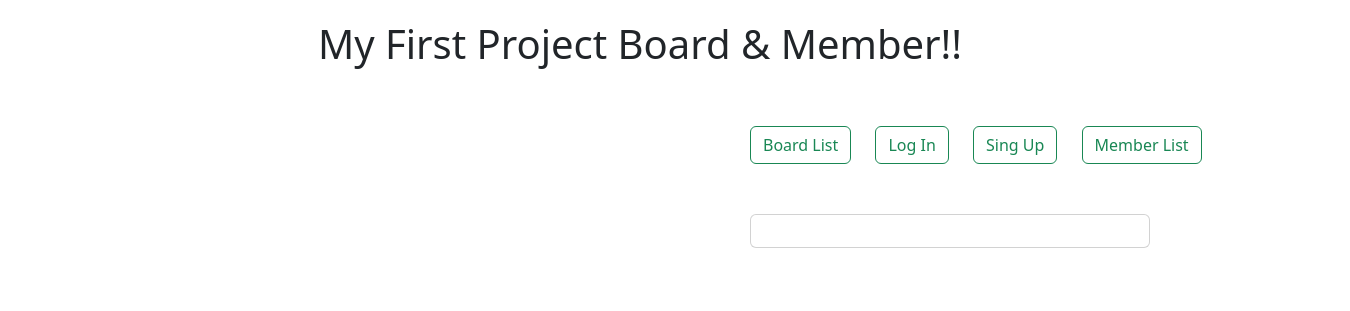
Repository: Raneechoi/java2022_09_03
Page: http://localhost/Project/mem/login_auth
The author's editor kept a copy of each file at every save. The page is drawn from the files as they stood at one save, then again after a run of saves.
The browser window is 1280 px wide. The page is 1350 px wide, so the pictures cover 1350 px, including what lies to the right of the window. The pictures show the whole page.
The page is served by Tomcat 9. Other server files are loaded and not shown. Queries for data that is not in the repository find no rows.

Above is the page before, as saved 2022-12-08 06:12:38.

### JSP_Board&Member/Project/src/main/webapp/index.jsp
<%@ page language="java" contentType="text/html; charset=UTF-8"
    pageEncoding="UTF-8"%>
<%@ taglib uri="http://java.sun.com/jsp/jstl/core" prefix="c" %>
<!DOCTYPE html>
<html>
<head>
<meta charset="UTF-8">
<title>Insert title here</title>
<!-- CSS only -->
<link href="https://cdn.jsdelivr.net/npm/bootstrap@5.2.2/dist/css/bootstrap.min.css" rel="stylesheet" integrity="sha384-Zenh87qX5JnK2Jl0vWa8Ck2rdkQ2Bzep5IDxbcnCeuOxjzrPF/et3URy9Bv1WTRi" crossorigin="anonymous">
<!-- JavaScript Bundle with Popper -->
<script src="https://cdn.jsdelivr.net/npm/bootstrap@5.2.2/dist/js/bootstrap.bundle.min.js" integrity="sha384-OERcA2EqjJCMA+/3y+gxIOqMEjwtxJY7qPCqsdltbNJuaOe923+mo//f6V8Qbsw3" crossorigin="anonymous"></script>
</head>
<body>
<div style="margin-top: 20px">
	<h1 style="text-align: center;">My First Project Board & Member!!</h1>
</div>

<div style="width: 600px; display:inline-block; margin-left: 750px; margin-top: 50px;">
		<a href="/bor/pageList" style="margin-right: 20px"><button class="btn btn-outline-success">Board List</button></a>
		<a href="/mem/login" style="margin-right: 20px"><button class="btn btn-outline-success">Log In</button></a>
		<a href="/mem/join" style="margin-right: 20px"><button class="btn btn-outline-success">Sing Up</button></a>
		<a href="/mem/list" ><button class="btn btn-outline-success">Member List</button></a>
</div>

<div class="card" style="width: 400px; display:inline-flex; margin-left: 750px; margin-top: 50px; ">
	 <div class="card-body" style="text-align: center;">
		<c:if test="${ses.email ne null && ses.email ne '' }">
			${ses.email } login 하였습니다. <br>
			계정생성일 : ${ses.reg_at } <br>
			마지막 접속 : ${ses.last_login } <br>
			<a href="/mem/modify?email=${ses.email }"><button type="button" class="btn btn-success" style="margin-top: 20px">회원정보 수정</button></a>
			<a href="/mem/logout?email=${ses.email }"><button type="button" class="btn btn-secondary" style="margin-top: 20px">로그아웃</button></a><br>
		</c:if>

		<c:if test="${ses.email ne null && ses.email ne '' }">
			<a href="/bor/register" ><button class="btn btn-success" style="margin-top: 20px">Board Register</button></a>
			<a href="/bor/list"><button class="btn btn-success" style="margin-top: 20px">My Board List</button></a><br>
		</c:if>
	</div>
</div>

<div style="margin-left: 900px; margin-top: 50px; ">
	<c:if test="${ses.email ne null && ses.email ne '' }">
		<a href="/mem/remove?email=${ses.email }"><button class="btn btn-outline-secondary">회원탈퇴</button></a>
	</c:if>
</div>
</body>
</html>

### JSP_Board&Member/Project/src/main/java/controller/MemberController.java
package controller;

import java.io.IOException;
import java.util.List;

import javax.servlet.RequestDispatcher;
import javax.servlet.ServletException;
import javax.servlet.annotation.WebServlet;
import javax.servlet.http.HttpServlet;
import javax.servlet.http.HttpServletRequest;
import javax.servlet.http.HttpServletResponse;
import javax.servlet.http.HttpSession;

import org.slf4j.Logger;
import org.slf4j.LoggerFactory;

import domain.MemberVO;
import service.MemberService;
import service.MemberServiceImpl;


@WebServlet("/mem/*")
public class MemberController extends HttpServlet {
	private static final long serialVersionUID = 1L;
	private static final Logger log = LoggerFactory.getLogger(MemberController.class);
    private RequestDispatcher rdp;
    private String destPage; //목적지 주소 기록 변수
    private int isOK;

    private MemberService msv; // interface로 생성 - service패키지에

    public MemberController() {
    	msv = new MemberServiceImpl();
    }

	protected void service(HttpServletRequest req, HttpServletResponse res) throws ServletException, IOException {
		req.setCharacterEncoding("utf-8");
		res.setCharacterEncoding("utf-8");
		res.setContentType("text/html; charset=utf-8");

		String uri = req.getRequestURI();
		String path = uri.substring(uri.lastIndexOf("/")+1);

		log.info(">>> URI > "+uri);
		log.info(">>> Path > "+path);
		switch (path) {
		case "login":
			destPage = "/member/login.jsp";
			break;

		case "login_auth":
			try {
				MemberVO mvo = msv.login(
						new MemberVO(
								req.getParameter("email"),
								req.getParameter("pwd")
								));
				log.info("login 객체 input");
				if(mvo != null) {
					//세션 가져오기. 연결된 세션이 없다면 새로 생성
					HttpSession ses = req.getSession();
					//ses로 mvo를 바인딩
					ses.setAttribute("ses", mvo);
					ses.setMaxInactiveInterval(10*60);  // 로그인 유지시간(10분)
				}else {
					req.setAttribute("msg_login", 0);
				}
				destPage="/";

			} catch (Exception e) {
				// TODO: handle exception
				e.printStackTrace();
			}
			break;

		case "join":
			try {
				destPage = "/member/join.jsp";
			} catch (Exception e) {
				e.printStackTrace();
			}
			break;

		case "register":
			isOK = msv.register(new MemberVO(
					req.getParameter("email"),
					req.getParameter("pwd"),
					req.getParameter("nick_name")
					));
			log.info(">>> join > "+(isOK > 0 ?"ok" :"fail"));
			destPage="login";
			break;

		case "logout":
			// 연결된 세션이 있다면 해당 세션을 가져오기
			try {
				HttpSession ses = req.getSession();
				ses.invalidate();  // 세션 끊기
				// 로그인된 email을 주고 로그인 시간 update
				isOK = msv.lastLogin(req.getParameter("email"));
				log.info(">>> lastLogin > "+(isOK > 0 ?"ok" :"fail"));
				destPage="/index.jsp";
			} catch (Exception e) {
				e.printStackTrace();
			}
			break;

		case "list":
			try {
				List<MemberVO> list = msv.getlist();
				req.setAttribute("list", list);
				destPage="/member/list.jsp";
			} catch (Exception e) {
				e.printStackTrace();
			}
			break;

		case "modify":
			try {
				log.info("modify check 1");
				MemberVO mvo = msv.selectOne(req.getParameter("email"));
				req.setAttribute("mvo", mvo);

				log.info("modify check 2");
				destPage = "/member/update.jsp";
			} catch (Exception e) {
				e.printStackTrace();
			}
			break;

		case "update":
			try {
				MemberVO mvo = new MemberVO(req.getParameter("email"), req.getParameter("pwd"), req.getParameter("nick_name"));
				int isOk = msv.update(mvo);
				destPage = "/";
			} catch (Exception e) {
				e.printStackTrace();
			}
			break;

		case "remove":
			try {
				HttpSession ses = req.getSession();
				ses.invalidate();  // 세션 끊기
				// 로그인된 email을 주고 로그인 시간 update
				isOK = msv.remove(req.getParameter("email"));
				log.info(">>> remove > "+(isOK > 0 ?"ok" :"fail"));
				destPage="/";

			} catch (Exception e) {
				e.printStackTrace();
			}
			break;

		default:
			break;
		}
		// 목적지 주소 값 세팅
		rdp = req.getRequestDispatcher(destPage);
		// 정보 싣고 보내기
		rdp.forward(req, res);
	}

	protected void doGet(HttpServletRequest req, HttpServletResponse res) throws ServletException, IOException {
		service(req, res);
	}

	protected void doPost(HttpServletRequest req, HttpServletResponse res) throws ServletException, IOException {
		service(req, res);
	}
}

### JSP_Board&Member/Project/src/main/java/service/MemberServiceImpl.java
package service;

import java.util.List;

import org.slf4j.Logger;
import org.slf4j.LoggerFactory;

import controller.MemberController;
import domain.MemberVO;
import repository.MemberDAO;
import repository.MemberDAOImpl;

public class MemberServiceImpl implements MemberService {

	private MemberDAO mdao;
	private static final Logger log = LoggerFactory.getLogger(MemberController.class);

	public MemberServiceImpl() {
		mdao = new MemberDAOImpl();
	}

	@Override
	public MemberVO login(MemberVO mvo) {
		log.info("login check 2");
		return mdao.selectOne(mvo);
	}

	@Override
	public int register(MemberVO mvo) {
		log.info("register check 2");
		return mdao.insert(mvo);
	}

	@Override
	public int lastLogin(String email) {
		log.info("lastLogin check 2");
		return mdao.update(email);
	}

	@Override
	public List<MemberVO> getlist() {
		log.info("list check 2");
		return mdao.listall();
	}

	@Override
	public int modify(MemberVO mvo) {
		log.info("modify check 2");
		return mdao.update(mvo);
	}

	@Override
	public MemberVO selectOne(String email) {
		// TODO Auto-generated method stub
		return mdao.selectOne(email);
	}

	@Override
	public int update(MemberVO mvo) {
		// TODO Auto-generated method stub
		return mdao.update(mvo);
	}

	@Override
	public int remove(String email) {
		// TODO Auto-generated method stub
		return mdao.remove(email);
	}
}

### JSP_Board&Member/Project/src/main/java/repository/MemberDAO.java
package repository;

import java.util.List;

import domain.MemberVO;

public interface MemberDAO {

	MemberVO selectOne(MemberVO mvo);

	int insert(MemberVO mvo);

	int update(String email);

	List<MemberVO> listall();

	int update(MemberVO mvo);

	MemberVO selectOne(String email);

	int remove(String email);

}

### JSP_Board&Member/Project/src/main/java/repository/MemberDAOImpl.java
package repository;

import java.util.List;

import org.apache.ibatis.session.SqlSession;
import org.slf4j.Logger;
import org.slf4j.LoggerFactory;

import domain.MemberVO;
import orm.DatabaseBuilder;

public class MemberDAOImpl implements MemberDAO {

	private static final Logger log = LoggerFactory.getLogger(MemberDAOImpl.class);
	private SqlSession sql;
	private final String NS = "MemberMapper.";

	public MemberDAOImpl() {
		new DatabaseBuilder();
		sql = DatabaseBuilder.getFactory().openSession();
	}

	@Override
	public MemberVO selectOne(MemberVO mvo) {
		log.info("login check 3");
		return sql.selectOne(NS+"login",mvo);
	}

	@Override
	public int insert(MemberVO mvo) {
		log.info("join check 3");
		int isOK = sql.insert(NS+"reg",mvo);
		if(isOK > 0) {
			sql.commit();
		}
		return isOK;
	}

	@Override
	public int update(String email) {
		log.info("lastLogin check 3");
		int isOK = sql.update(NS+"last", email);
		if(isOK > 0) sql.commit();
		return isOK;
	}

	@Override
	public List<MemberVO> listall() {
		log.info("list check 3");
		return sql.selectList(NS+"list");
	}

	@Override
	public int update(MemberVO mvo) {
		log.info("modify check 3");
		int isOK = sql.update(NS+"modify",mvo);
		if(isOK > 0) sql.commit();
		return isOK;
	}

	@Override
	public MemberVO selectOne(String email) {
		// TODO Auto-generated method stub
		return sql.selectOne(NS+"getOne", email);
	}

	@Override
	public int remove(String email) {
		// TODO Auto-generated method stub
		int isOK = sql.delete(NS+"remove",email);
		if(isOK > 0) sql.commit();
		return isOK;
	}

}

### JSP_Board&Member/Project/src/main/java/orm/DatabaseBuilder.java
package orm;

import org.apache.ibatis.io.Resources;
import org.apache.ibatis.session.SqlSessionFactory;
import org.apache.ibatis.session.SqlSessionFactoryBuilder;

public class DatabaseBuilder {

	private static SqlSessionFactory factory;

	static {
		try {
			factory = new SqlSessionFactoryBuilder()
					.build(Resources.getResourceAsReader("orm/MybatisConfig.xml"));
		} catch (Exception e) {
			e.printStackTrace();
		}
	}

	public static SqlSessionFactory getFactory() {
		return factory;
	}

}

### JSP_Board&Member/Project/src/main/java/domain/MemberVO.java
package domain;

public class MemberVO {

	private String email;
	private String pwd;
	private String nick_name;
	private String reg_at;
	private String last_login;

	public MemberVO() {}

	//login : email, pwd
	public  MemberVO(String email, String pwd) {
		this.email = email;
		this.pwd = pwd;
	}

	// join,modify : email, pwd, nick_name
	public MemberVO(String email, String pwd, String nick_name) {
		this.email = email;
		this.pwd = pwd;
		this.nick_name = nick_name;
	}

	// list : all
	public MemberVO(String email, String pwd, String nick_name, String reg_at, String last_login) {
		this.email = email;
		this.pwd = pwd;
		this.nick_name = nick_name;
		this.reg_at = reg_at;
		this.reg_at = last_login;
	}

	public String getEmail() {
		return email;
	}

	public void setEmail(String email) {
		this.email = email;
	}

	public String getPwd() {
		return pwd;
	}

	public void setPwd(String pwd) {
		this.pwd = pwd;
	}

	public String getNick_name() {
		return nick_name;
	}

	public void setNick_name(String nick_name) {
		this.nick_name = nick_name;
	}

	public String getReg_at() {
		return reg_at;
	}

	public void setReg_at(String reg_at) {
		this.reg_at = reg_at;
	}

	public String getLast_login() {
		return last_login;
	}

	public void setLast_login(String last_login) {
		this.last_login = last_login;
	}

}

### JSP_Board&Member/Project/src/main/java/domain/BoardVO.java
package domain;

public class BoardVO {

	private int bno;
	private String title;
	private String writer;
	private String content;
	private String reg_date;
	private int read_count;
	private String image_file;

	public BoardVO() {}

	// insert(title, writer, content)
	public BoardVO(String title, String writer, String content) {
		this.title = title;
		this.writer = writer;
		this.content = content;
	}

	// list(bno, title, writer, reg_date, read_count)
	public BoardVO(int bno, String title, String writer, String reg_date, int read_count) {
		this.bno = bno;
		this.title = title;
		this.writer = writer;
		this.reg_date = reg_date;
		this.read_count = read_count;
	}

	// detail (all)
	public BoardVO(int bno, String title, String writer, String content, String reg_date, int read_count, String image_file) {
		this.bno = bno;
		this.title = title;
		this.writer = writer;
		this.content = content;
		this.reg_date = reg_date;
		this.read_count = read_count;
		this.image_file = image_file;
	}

	// update(bno, title, content)
	public BoardVO(int bno, String title, String content) {
		this.bno = bno;
		this.title = title;
		this.content = content;
	}

	//(bno, read_count)
	public BoardVO(int bno, int read_count) {
		this.bno = bno;
		this.read_count = read_count;
	}

	public int getBno() {
		return bno;
	}

	public void setBno(int bno) {
		this.bno = bno;
	}

	public String getTitle() {
		return title;
	}

	public void setTitle(String title) {
		this.title = title;
	}

	public String getWriter() {
		return writer;
	}

	public void setWriter(String writer) {
		this.writer = writer;
	}

	public String getContent() {
		return content;
	}

	public void setContent(String content) {
		this.content = content;
	}

	public String getReg_date() {
		return reg_date;
	}

	public void setReg_date(String reg_date) {
		this.reg_date = reg_date;
	}

	public int getRead_count() {
		return read_count;
	}

	public void setRead_count(int read_count) {
		this.read_count = read_count;
	}

	public String getImage_file() {
		return image_file;
	}

	public void setImage_file(String image_file) {
		this.image_file = image_file;
	}

}

### JSP_Board&Member/Project/src/main/java/domain/PagingVO.java
package domain;

public class PagingVO {

	private int pageNo;  // 현재 화면에 출력되는 페이지네이션 번호
	private int qty;     // 한 페이지당 보여줄 게시글 수

	public PagingVO() {  // 페이지네이션을 클릭하기 전 기본 리스트 출력 값
		this(1,10);
	}

	public PagingVO(int pageNo, int qty) {
		this.pageNo = pageNo;
		this.qty = qty;
	}

	public int getPageStart() {
		return (this.pageNo-1)*qty;   // 시작페이지 번호 구하기
	}

	public int getPageNo() {
		return pageNo;
	}

	public void setPageNo(int pageNo) {
		this.pageNo = pageNo;
	}

	public int getQty() {
		return qty;
	}

	public void setQty(int qty) {
		this.qty = qty;
	}


}

### JSP_Board&Member/Project/src/main/java/domain/CommentVO.java
package domain;

public class CommentVO {

	private int cno;
	private int bno;
	private String writer;
	private String content;
	private String reg_at;

	public CommentVO() { }

	// post(bno, writer, content)
	public CommentVO(int bno, String writer, String content) {
		this.bno = bno;
		this.writer = writer;
		this.content = content;
	}

	// modify
	public CommentVO(int cno, String content) {
		this.cno = cno;
		this.content = content;
	}

	// list(bno, cno, writer, content, reg_at)
	public CommentVO(int cno, int bno, String writer, String content, String reg_at) {
		this.cno = cno;
		this.bno = bno;
		this.writer = writer;
		this.content = content;
		this.reg_at = reg_at;
	}

	public int getCno() {
		return cno;
	}

	public void setCno(int cno) {
		this.cno = cno;
	}

	public int getBno() {
		return bno;
	}

	public void setBno(int bno) {
		this.bno = bno;
	}

	public String getWriter() {
		return writer;
	}

	public void setWriter(String writer) {
		this.writer = writer;
	}

	public String getContent() {
		return content;
	}

	public void setContent(String content) {
		this.content = content;
	}

	public String getReg_at() {
		return reg_at;
	}

	public void setReg_at(String reg_at) {
		this.reg_at = reg_at;
	}


}

After the next 2 saves:
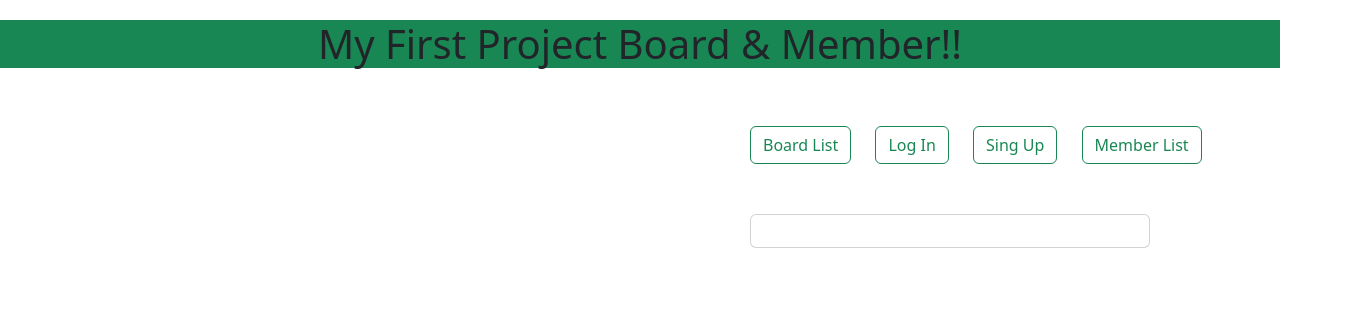
The 2 saves are shown as one change because they came seconds apart.
The last was saved 119 s later.
--- a/JSP_Board&Member/Project/src/main/webapp/index.jsp
+++ b/JSP_Board&Member/Project/src/main/webapp/index.jsp
@@ -12,7 +12,7 @@
 <script src="https://cdn.jsdelivr.net/npm/bootstrap@5.2.2/dist/js/bootstrap.bundle.min.js" integrity="sha384-OERcA2EqjJCMA+/3y+gxIOqMEjwtxJY7qPCqsdltbNJuaOe923+mo//f6V8Qbsw3" crossorigin="anonymous"></script>
 </head>
 <body>
-<div style="margin-top: 20px">
+<div style="margin-top: 20px; background-color: #198754;">
 	<h1 style="text-align: center;">My First Project Board & Member!!</h1>
 </div>
 

After the save that followed:
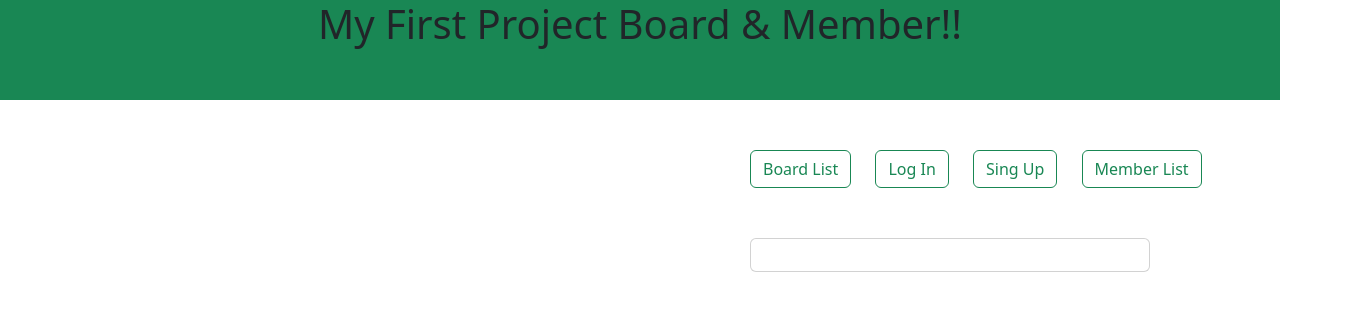
Saved 22 s later.
--- a/JSP_Board&Member/Project/src/main/webapp/index.jsp
+++ b/JSP_Board&Member/Project/src/main/webapp/index.jsp
@@ -12,7 +12,7 @@
 <script src="https://cdn.jsdelivr.net/npm/bootstrap@5.2.2/dist/js/bootstrap.bundle.min.js" integrity="sha384-OERcA2EqjJCMA+/3y+gxIOqMEjwtxJY7qPCqsdltbNJuaOe923+mo//f6V8Qbsw3" crossorigin="anonymous"></script>
 </head>
 <body>
-<div style="margin-top: 20px; background-color: #198754;">
+<div style="height: 100px; background-color: #198754;">
 	<h1 style="text-align: center;">My First Project Board & Member!!</h1>
 </div>
 
